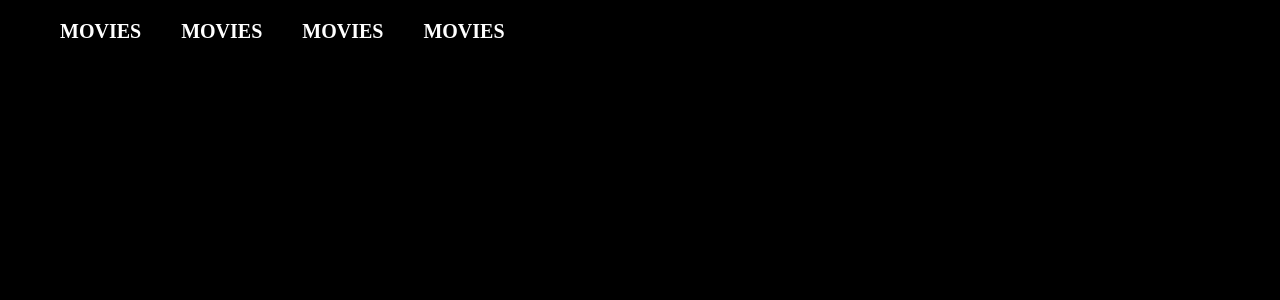
Repository: manahiang/MovieMana
Page: / (app in src/)
An editor plug-in stored every save of this project. The page is shown before and after a run of saves, followed by the edit.
The browser window is 1280 px wide. The pictures show the whole page.
The project was rebuilt for these pictures with package versions that can differ from the ones it lists, and the page was loaded fresh each time. Also part of the build but not shown: src/src/App.css.

Above is the page before, as saved 2022-11-14 16:28:32.

### src/src/index.css
body {
  margin: 0;
  font-family: -apple-system, BlinkMacSystemFont, 'Segoe UI', 'Roboto', 'Oxygen',
    'Ubuntu', 'Cantarell', 'Fira Sans', 'Droid Sans', 'Helvetica Neue',
    sans-serif;
  -webkit-font-smoothing: antialiased;
  -moz-osx-font-smoothing: grayscale;
  color: white;
  background-color: black;
}
.header{
  width: 100%;
  height: auto;
  background-color: black;
}
.navbar{
  display: flex;
  justify-content: space-between;
  font-size: 20px;
  text-transform: uppercase;
  align-items: center;
  font-weight: 900;
  font-family: 'Times New Roman', Times, serif;
}
.menu ul li{
  display: inline;
  align-items: center;
  justify-content: center;
  padding: 20px;
  list-style: none;

}
.menu ul li a{
  text-decoration: none;
  color: white;
}
.search{
  align-items: center;
  justify-content: center;
  display: flex;
  padding-right: 20px;
}
.search input{
  font-size: 20px;
  border-radius: 20px;
  padding-left: 30px;
  padding:10px 20px;

}
.menu ul li:hover Link{
  color: yellow;
  cursor: pointer;
}

### src/src/App.js
//import logo from './logo.svg';
import './index.css'
import './App.css';
import Main from './Main';
 import { BrowserRouter, } from "react-router-dom"

function App() {
  return (
    <BrowserRouter>
    <Main/>
    </BrowserRouter>
  );
}
export default App;

### src/src/Main.js
import './index.css'

function Main(){
    return(
        <div className='container'>
            <div className='header'>
                <div className='navbar'>
                    <div className='menu'>
                        <ul>
                            <li><a href='#'>Movies</a></li>
                            <li><a href='#'>Movies</a></li>
                            <li><a href='#'>Movies</a></li>
                            <li><a href='#'>Movies</a></li>
                        </ul>
                    </div>
                    <div >

                    </div>
                </div>

            </div>
        </div>
    )
}
export default Main;

Loaded but not shown: src/public/index.html (common file); src/src/index.js (common file); src/src/reportWebVitals.js (common file)

After the next 13 saves:
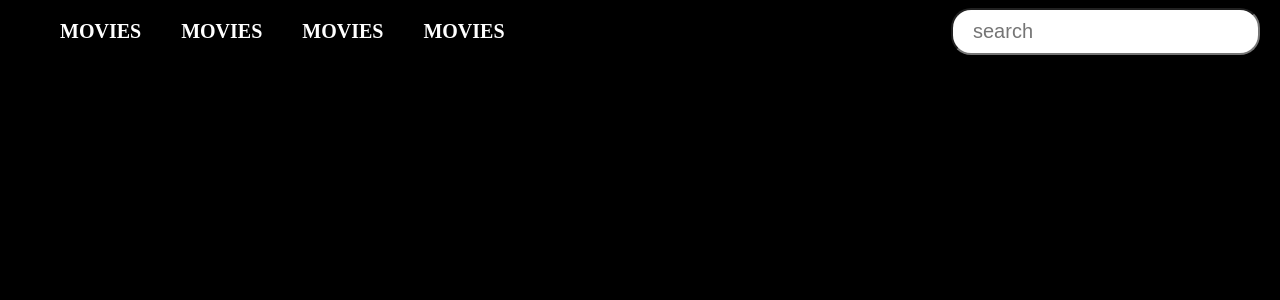
The 13 saves are shown as one change because 3 did not build or start and some came seconds apart.
The last was saved 38 s later.
--- a/src/src/Main.js
+++ b/src/src/Main.js
@@ -13,8 +13,8 @@ function Main(){
                             <li><a href='#'>Movies</a></li>
                         </ul>
                     </div>
-                    <div >
-
+                    <div className='search'>
+                        <input type="text" placeholder="search"/>
                     </div>
                 </div>
 
